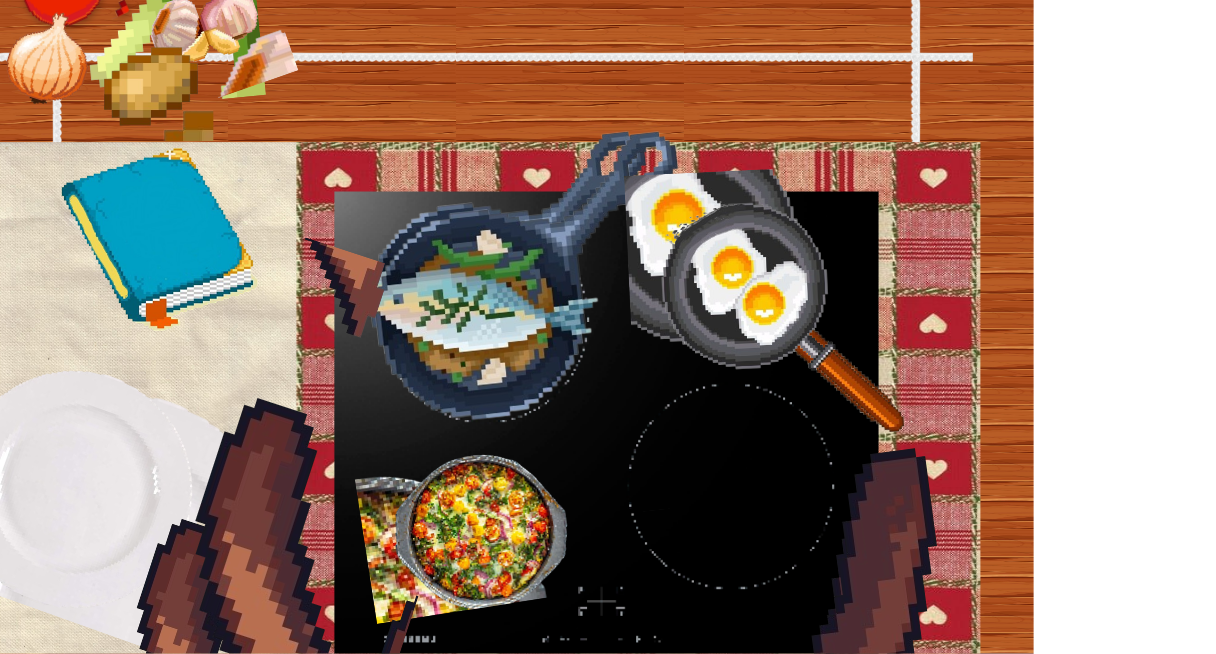
Repository: AJamdonuts/ToddyTalks
Page: playingaround2/pages/chefsujin.html
An editor plug-in stored every save of this project. The page is shown before and after the next save, followed by the edit.
The browser window is 1280 px wide. The page is 1360 px wide, then 1600 px, so the pictures cover 1600 px, including what lies to the right of the window. The pictures show the whole page, at 76% of full size.

Above is the page before, as saved 2025-11-27 01:06:19.

### playingaround2/pages/chefsujin.html
<!DOCTYPE html>
<html>
<head>
    <meta charset="UTF-8">
    <meta name="viewport" content="width=device-width, initial-scale=1">
    <link href="/playingaround2/styles/chefsujin.css" rel="stylesheet">
    <script src="/playingaround2/javascript/chefsujin.js" defer></script>
    <title>Chef Sujin</title>
    <link rel="icon" type="image/x-icon" href="/playingaround2/images/favicon.ico">
</head>
<body>
    <div class="page-background">
        <div class="site-wrapper">
            <header>
            </header>

            <div class="section-divider">

            </div>
            <main>
                <div class="canvas">
                        <div class="canvas-content">
                            <img src="/playingaround2/images/b41e50d46e26e9463ce130b2da7a46aa.jpg" class="creamtexture">
                            <img src="/playingaround2/images/check table cloth.jpg" class="checktablecloth">
                            <img src="/playingaround2/images/pxArt-2.png" class="hob">
                            <a href="recipe_book.html" class="recipebook-link">
                                <img src="/playingaround2/images/pixil-frame-0-removebg-preview 1.png" class="recipebook">
                            </a>
                            <img src="/playingaround2/images/fishpan.png" class="fishpan">
                            <img src="/playingaround2/images/leek-removebg-preview.png" class="leek">
                            <img src="/playingaround2/images/garlic-removebg-preview.png" class="garlic">
                            <img src="/playingaround2/images/d95fa1e62c663504736614e026fc4862-removebg-preview.png" class="potato">
                            <img src="/playingaround2/images/pixil-frame-0-removebg-preview.png" class="eggpan" >
                            <img src="/playingaround2/images/pxArt-2-removebg-preview.png" class="vegpan">
                            <img src="/playingaround2/images/pxArt-removebg-preview.png" class="plate">
                            <img src="/playingaround2/images/tomato-removebg-preview.png" class="tomato">
                            <img src="/playingaround2/images/onion-removebg-preview.png" class="onion">
                            <img src="/playingaround2/images/IMG_0236_2-removebg-preview.png" class="beararm1" >
                            <img src="/playingaround2/images/IMG_0236-removebg-preview.png" class="beararm2" >
                        </div>
                </div>
            </main>

            <footer>
                <div class="footer-content">
                </div>
            </footer>

        </div> <!-- .site-wrapper -->
    </div> <!-- .page-background -->



</body>
</html>

### playingaround2/styles/chefsujin.css

html, body {
    background-image: url('/playingaround2/images/kitchencounter.jpg');
    background-repeat: repeat; /* repeat the image */
    background-size: 300px 100px; /* set width and height for each tile */
    background-position: top left; /* start tiling from top-left */
    background-attachment: scroll; /* moves with page */
    background-color: #ffffff; /* fallback color */
    width: 100%;
    height: 100%;
    margin: 0;
    padding: 0;
}

.page-background {
    position: relative; /* Essential for absolute border elements (if you add them later) */
    width: 100%;
    height: 100%;
    /* Add your overall background/border styles here */
        background-image:
        var(--top-tile),
        var(--right-tile),
        var(--bottom-tile),
        var(--left-tile);
    background-repeat:
        repeat-x, /* 1. Top */
        repeat-y, /* 2. Right */
        repeat-x, /* 3. Bottom */
        repeat-y; /* 4. Left */

    /* SIZE: Define the size of the border tile for each strip */
    background-size:
        auto var(--border-thickness), /* 1. Top (Auto width, fixed height) */
        var(--border-thickness) auto, /* 2. Right (Fixed width, auto height) */
        auto var(--border-thickness), /* 3. Bottom */
        var(--border-thickness) auto; /* 4. Left */

    /* POSITION: Place each strip at its respective edge */
    background-position:
        top left,    /* 1. Top Edge: starts at top left, repeats right */
        top right,   /* 2. Right Edge: starts at top right, repeats down */
        bottom left, /* 3. Bottom Edge: starts at bottom left, repeats right */
        top left;    /* 4. Left Edge: starts at top left, repeats down */
}


.site-wrapper {
    display: flex;
    flex-direction: column;
    height: 100%; /* Take up 100% of .page-background's height */
    max-width: 1440px; /* Example: Limit the content width */
    margin: 0 auto;
}

main {
    flex-grow: 1;
    position: relative;
    text-align: center;
    margin: 20px auto;              /* space around the box */
    width: 100%;
}
:root {
    --border-thickness: 150px; /* Define the height/width of the border strip */
    --top-tile: url('/playingaround2/images/09362b8ce39beb85f830c3373e6b392c-removebg-preview.png');    /* Upright tile */
    --bottom-tile: url('/playingaround2/images/border-d.png'); /* 180° rotated tile */
    --left-tile: url('/playingaround2/images/borderl-.png');  /* 90° rotated tile */
    --right-tile: url('/playingaround2/images/br.png'); /* 270° rotated tile */
}

.canvas {

    position: absolute;
    top: 50%;
    left: 50%;
    width: 1440px;   /* design width */
    height: 1000px;  /* design height */
    transform-origin: top left; /* easier to work with scaling */
    transform: translate(-50%, -50%) scale(var(--scale-factor, 1));
    overflow: hidden;
}

.canvas-content {
    position: absolute;
    left: 50px; /* adjust this number: 20px, 40px, 70px, etc. */
    top: 0;

}


.tomato {
    position: absolute;
    width: 133.75px;
    height: 133.75px;
    left: 45.02px;
    top: 55.06px;
    background: url(tomato-removebg-preview.png);
    filter: drop-shadow(0px 4px 4px rgba(0, 0, 0, 0.25));
    border-radius: 4px;
    transform: rotate(-24.58deg);
}

.potato {
    position: absolute;
    width: 165px;
    height: 165px;
    left: 146px;
    top: 161px;
    background: url(d95fa1e62c663504736614e026fc4862-removebg-preview.png);
}

.leek {
    position: absolute;
    width: 257.96px;
    height: 257.96px;
    left: 109.95px;
    top: 20px;
    background: url(leek-removebg-preview.png);
    transform: rotate(-5.62deg);
}

.garlic {
    position: absolute;
    width: 194.8px;
    height: 194.8px;
    left: 200.62px;
    top: 74.87px;
    background: url(garlic-removebg-preview.png);
    transform: rotate(-19.27deg);
}

.onion {
    position: absolute;
    width: 126.18px;
    height: 144.28px;
    left: 32px;
    top: 145.3px;
    background: url(onion-removebg-preview.png);
    transform: rotate(17.63deg);
    }



.recipebook-link {
    position: absolute; /* Keep existing positioning */
    width: 300px;
    height: 300px;
    left: 90px;
    top: 302px;
    cursor: pointer;
    overflow: visible; /* Ensure glow/text isn't clipped by its own boundaries */
    z-index: 100; /* Ensure the button and its effects are above other canvas items */
    transition: box-shadow 0.3s ease-out;
}

/* Optional: Slightly scale the image on hover for a subtle effect */
.recipebook-link:hover .recipebook {
    transform: scale(1.03);
    transition: transform 0.3s ease-out;
}

.recipebook-link:hover {
    box-shadow:
        0 0 15px 10px rgba(255, 255, 0, 0.7), /* Yellowish glow */
        0 0 30px 10px rgba(255, 255, 0, 0.4);
}

.recipebook-link::after {
    content: "Open Recipe Book"; /* The text that appears on hover */
    position: absolute;
    bottom: 100%; /* Places it just above the link */
    left: 50%;
    transform: translateX(-50%) translateY(-10px); /* Center it and add slight offset */
    background-color: rgba(0, 0, 0, 0.7); /* Dark background for readability */
    color: white;
    padding: 5px 10px;
    border-radius: 5px;
    white-space: nowrap; /* Keep text on one line */

    opacity: 0; /* Hidden by default */
    visibility: hidden; /* Hidden by default */
    transition: opacity 0.3s ease-out, transform 0.3s ease-out, visibility 0.3s;

    /* Ensure text is above everything else */
    z-index: 200;
}

.recipebook-link:hover::after {
    opacity: 1; /* Make visible on hover */
    visibility: visible; /* Make visible on hover */
    transform: translateX(-50%) translateY(0); /* Move into final position */
}


.recipebook {
    width: 100%;
    height: 100%;
    border: none; /* Recommended to remove any default border */
}

.plate {
    position: absolute;
    width: 334.76px;
    height: 332.75px;
    left: -40px;
    top: 616px;
    background: url(pxArt-removebg-preview.png);
    transform: rotate(19.64deg);
}

.beararm1 {
    position: absolute;
    width: 448.49px;
    height: 883.17px;
    left: 132px;
    top: 450px;
    background: url(IMG_0236_2-removebg-preview.png);
    transform: matrix(0.95, 0.31, 0.31, -0.95, 0, 0);
}

.beararm2 {
    position: absolute;
    width: 348.8px;
    height: 764.5px;
    left: 1000px;
    top: 500px;
    background: url(IMG_0236-removebg-preview.png);
    transform: matrix(0.99, -0.13, -0.13, -0.99, 0, 0);
}

.fishpan {
    position: absolute;
    width: 546.95px;
    height: 546.95px;
    left: 460px;
    top: 280px;
    background: url(fishpan.png);
    transform: rotate(-6.22deg);
}

.eggpan {
    position: absolute;
    width: 396px;
    height: 396px;
    left: 860px;
    top: 362.44px;
    background: url(pixil-frame-0-removebg-preview.png);
    transform: rotate(177.33deg);
}

.vegpan {
    position: absolute;
    width: 207px;
    height: 310px;
    left: 560px;
    top: 680px;
    background: url(pxArt-2-removebg-preview.png);
    transform: rotate(81.24deg);
}

.hob {
    position: absolute;
    width: 716px;
    height: 632px;
    left: 470px;
    top: 392px;
    background: url(pxArt-2.png);
}

.creamtexture {
    position: absolute;
    width: 476px;
    height: 696px;
    left: 0px;
    bottom:0px;
    top: 327px;
    background: url(b41e50d46e26e9463ce130b2da7a46aa.jpg);
}

.checktablecloth {
    position: absolute;
    width: 900px;
    height: 697px;
    bottom: 0px;
    top: 327px;
    left: 420px;
}

### playingaround2/javascript/chefsujin.js
function calculateScaleFactor() {
    const DESIGN_WIDTH = 400;
    const DESIGN_HEIGHT = 500;
    const MIN_SCALE =0.;

    const viewportWidth = window.innerWidth;
    const viewportHeight = window.innerHeight;

    const widthScale = viewportWidth / DESIGN_WIDTH;
    const heightScale = viewportHeight / DESIGN_HEIGHT;

    const scaleFactor = Math.min(widthScale, heightScale, 1); // never scale above 1
    const finalScale = Math.max(scaleFactor, MIN_SCALE);      // never scale below MIN_SCALE

    const canvas = document.querySelector('.canvas');
    if (canvas) {
        canvas.style.setProperty('--scale-factor', finalScale);
    }
}

window.addEventListener('resize', calculateScaleFactor);
document.addEventListener('DOMContentLoaded', calculateScaleFactor);

After the next save:
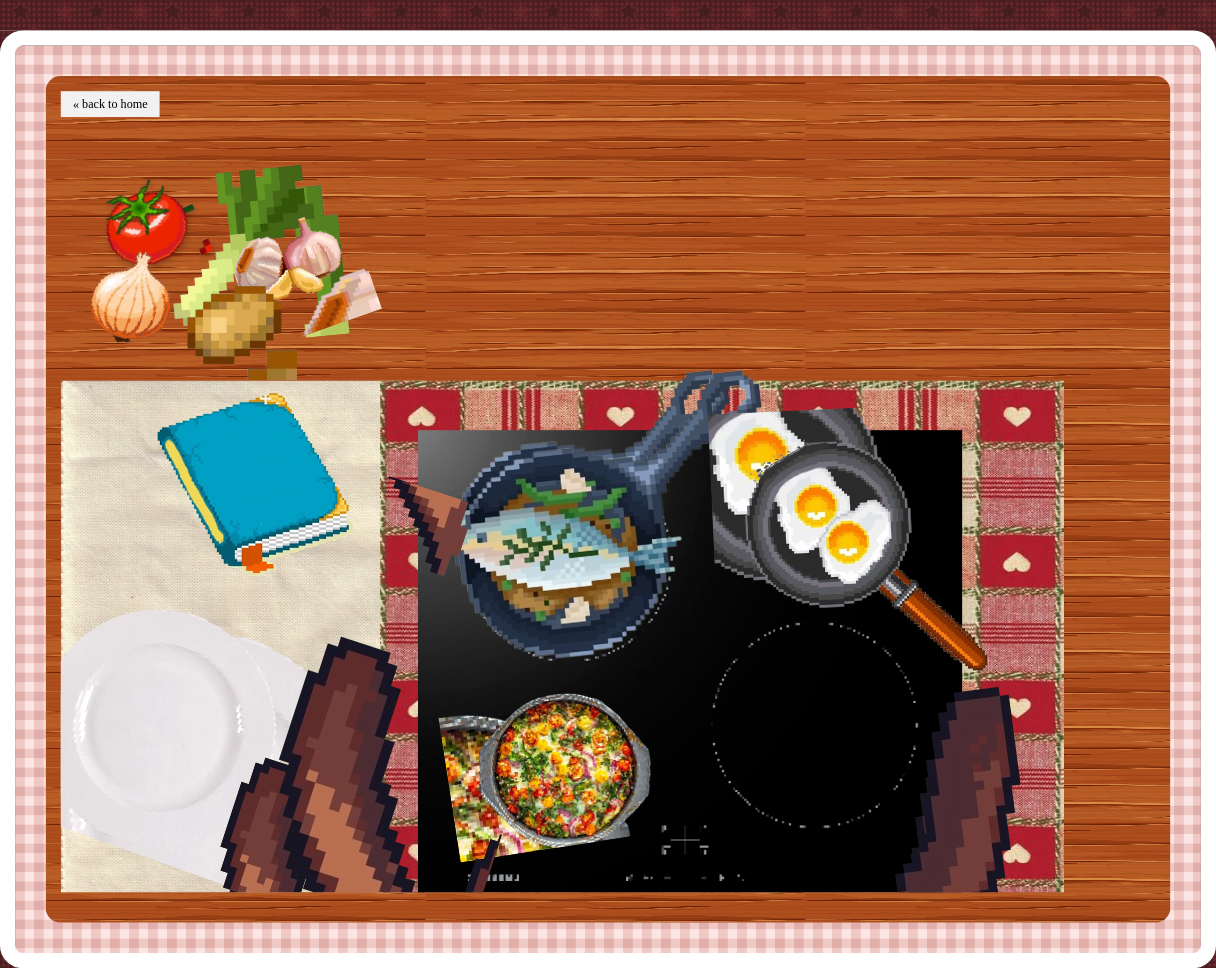
Saved 36 h 28 min later.
--- a/playingaround2/pages/chefsujin.html
+++ b/playingaround2/pages/chefsujin.html
@@ -7,11 +7,13 @@
     <script src="/playingaround2/javascript/chefsujin.js" defer></script>
     <title>Chef Sujin</title>
     <link rel="icon" type="image/x-icon" href="/playingaround2/images/favicon.ico">
+
 </head>
 <body>
     <div class="page-background">
         <div class="site-wrapper">
             <header>
+                <a href="/playingaround2/pages/home.html" class="previous">&laquo; back to home</a>
             </header>
 
             <div class="section-divider">
--- a/playingaround2/styles/chefsujin.css
+++ b/playingaround2/styles/chefsujin.css
@@ -1,8 +1,8 @@
 
 html, body {
-    background-image: url('/playingaround2/images/kitchencounter.jpg');
+    background-image: url('/playingaround2/images/backgrounds/stars.png');
     background-repeat: repeat; /* repeat the image */
-    background-size: 300px 100px; /* set width and height for each tile */
+    background-size: 100px 100px; /* set width and height for each tile */
     background-position: top left; /* start tiling from top-left */
     background-attachment: scroll; /* moves with page */
     background-color: #ffffff; /* fallback color */
@@ -12,45 +12,29 @@ html, body {
     padding: 0;
 }
 
-.page-background {
-    position: relative; /* Essential for absolute border elements (if you add them later) */
-    width: 100%;
-    height: 100%;
-    /* Add your overall background/border styles here */
-        background-image:
-        var(--top-tile),
-        var(--right-tile),
-        var(--bottom-tile),
-        var(--left-tile);
-    background-repeat:
-        repeat-x, /* 1. Top */
-        repeat-y, /* 2. Right */
-        repeat-x, /* 3. Bottom */
-        repeat-y; /* 4. Left */
-
-    /* SIZE: Define the size of the border tile for each strip */
-    background-size:
-        auto var(--border-thickness), /* 1. Top (Auto width, fixed height) */
-        var(--border-thickness) auto, /* 2. Right (Fixed width, auto height) */
-        auto var(--border-thickness), /* 3. Bottom */
-        var(--border-thickness) auto; /* 4. Left */
-
-    /* POSITION: Place each strip at its respective edge */
-    background-position:
-        top left,    /* 1. Top Edge: starts at top left, repeats right */
-        top right,   /* 2. Right Edge: starts at top right, repeats down */
-        bottom left, /* 3. Bottom Edge: starts at bottom left, repeats right */
-        top left;    /* 4. Left Edge: starts at top left, repeats down */
+.page-background {                  /* smaller than body */
+    margin: 40px auto;
+    width: fit-content;         /* centered on page */
+
+    background: url('/playingaround2/images/backgrounds/gingham06.png');
+    background-size: 25px 25px;
+
+    padding: 40px;                /* IMPORTANT – creates space inside border */
+    border: 20px solid #ffffff;   /* your thick frame */
+    border-radius: 30px;
 }
 
 
 .site-wrapper {
-    display: flex;
-    flex-direction: column;
-    height: 100%; /* Take up 100% of .page-background's height */
-    max-width: 1440px; /* Example: Limit the content width */
+    max-width: 1440px;
     margin: 0 auto;
-}
+    border-radius: 20px;
+    padding: 20px;
+    background: url('/playingaround2/images/kitchencounter.jpg');
+    background-repeat: repeat;       /* ← makes it tile */
+    background-size: 500px 100px;    /* ← original size for each tile */
+}
+
 
 main {
     flex-grow: 1;
@@ -59,32 +43,24 @@ main {
     margin: 20px auto;              /* space around the box */
     width: 100%;
 }
-:root {
-    --border-thickness: 150px; /* Define the height/width of the border strip */
-    --top-tile: url('/playingaround2/images/09362b8ce39beb85f830c3373e6b392c-removebg-preview.png');    /* Upright tile */
-    --bottom-tile: url('/playingaround2/images/border-d.png'); /* 180° rotated tile */
-    --left-tile: url('/playingaround2/images/borderl-.png');  /* 90° rotated tile */
-    --right-tile: url('/playingaround2/images/br.png'); /* 270° rotated tile */
-}
+
 
 .canvas {
 
-    position: absolute;
-    top: 50%;
-    left: 50%;
-    width: 1440px;   /* design width */
-    height: 1000px;  /* design height */
-    transform-origin: top left; /* easier to work with scaling */
-    transform: translate(-50%, -50%) scale(var(--scale-factor, 1));
+    position: relative;          /* instead of absolute */
+    width: 1440px;
+    height: 1000px;
+    margin: 0 auto;              /* centers the canvas */
     overflow: hidden;
+    transform: none !important;  /* stop the translate(-50%, -50%) */
 }
 
 .canvas-content {
-    position: absolute;
-    left: 50px; /* adjust this number: 20px, 40px, 70px, etc. */
+    position: absolute; /* keep this, it's correct */
+    left: 0;
     top: 0;
-
-}
+}
+
 
 
 .tomato {
@@ -284,3 +260,19 @@ main {
     top: 327px;
     left: 420px;
 }
+
+a {
+  text-decoration: none;
+  display: inline-block;
+  padding: 8px 16px;
+}
+
+a:hover {
+  background-color: #ddd;
+  color: black;
+}
+
+.previous {
+  background-color: #f1f1f1;
+  color: black;
+}
